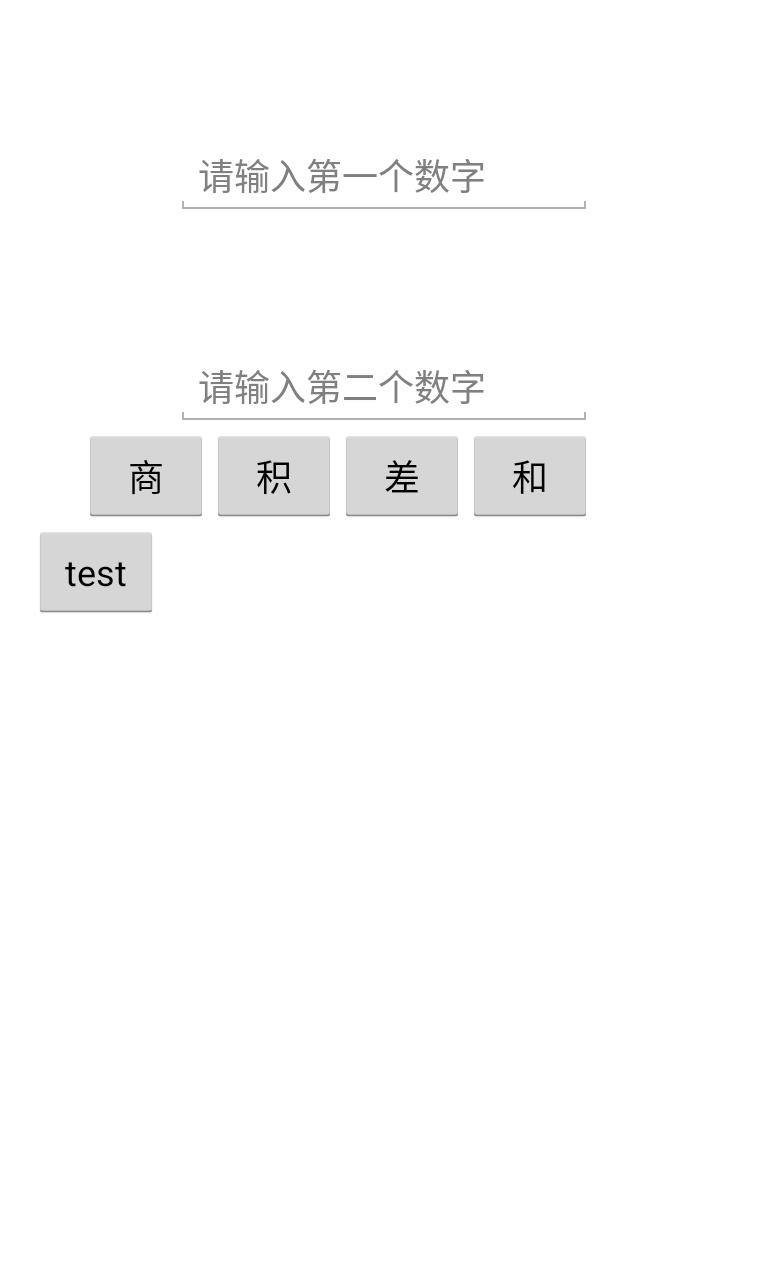
Repository: KungW/windows_learn_java_track
Layout: cac/res/layout/activity_main.xml
An editor plug-in stored every save of this project. The layout is shown before and after the next save, followed by the edit.
It is drawn on a 768 x 1280 px phone screen (xhdpi) without system bars, with theme AppTheme; the app's code is not run.

Above is the layout before, as saved 2016-10-20 15:47:13.

### cac/res/layout/activity_main.xml
<RelativeLayout xmlns:android="http://schemas.android.com/apk/res/android"
    xmlns:tools="http://schemas.android.com/tools"
    android:layout_width="match_parent"
    android:layout_height="wrap_content"
    android:paddingBottom="@dimen/activity_vertical_margin"
    android:paddingLeft="@dimen/activity_horizontal_margin"
    android:paddingRight="@dimen/activity_horizontal_margin"
    android:paddingTop="@dimen/activity_vertical_margin"
    tools:context=".MainActivity" >

    <EditText
        android:id="@+id/editText2"
        android:layout_width="wrap_content"
        android:layout_height="wrap_content"
        android:layout_alignLeft="@+id/editText1"
        android:layout_below="@+id/editText1"
        android:layout_marginTop="64dp"
        android:hint="请输入第二个数字"
        android:ems="10" />

    <Button
        android:id="@+id/button1"
        android:layout_width="wrap_content"
        android:layout_height="wrap_content"
        android:layout_below="@+id/editText2"
        android:layout_alignRight="@id/editText2"
        android:text="和" />
    <Button
        android:id="@+id/button2"
        android:layout_width="wrap_content"
        android:layout_height="wrap_content"
        android:layout_below="@+id/editText2"
        android:layout_toLeftOf="@id/button1"
        android:text="差" />
    <Button
        android:id="@+id/button3"
        android:layout_width="wrap_content"
        android:layout_height="wrap_content"
        android:layout_below="@+id/editText2"
        android:layout_toLeftOf="@id/button2"
        android:text="积" />
    <Button
        android:id="@+id/button4"
        android:layout_width="wrap_content"
        android:layout_height="wrap_content"
        android:layout_below="@+id/editText2"
        android:layout_toLeftOf="@id/button3"
        android:text="商" />

    <TextView
        android:id="@+id/textView1"
        android:layout_width="wrap_content"
        android:layout_height="wrap_content"
        android:layout_alignParentLeft="true"
        android:layout_alignParentRight="true"
        android:layout_below="@+id/button1"
        android:layout_marginTop="41dp"
        android:textAppearance="?android:attr/textAppearanceLarge" />

    <EditText
        android:id="@+id/editText1"
        android:layout_width="wrap_content"
        android:layout_height="wrap_content"
        android:layout_alignParentTop="true"
        android:layout_centerHorizontal="true"
        android:layout_marginTop="51dp"
        android:ems="10"
        android:hint="请输入第一个数字" >


    </EditText>
    <Button
	    android:id="@+id/testid"
        android:layout_width="wrap_content"
        android:layout_height="wrap_content"
        android:layout_below="@+id/button1"
        android:text="test"
        android:onClick="doclick"
	    />

</RelativeLayout>

Loaded but not shown: cac/res/values/styles.xml (common file); cac/res/values-v11/styles.xml (common file); cac/res/values-v14/styles.xml (common file); cac/res/values/dimens.xml (common file)

After the next save:
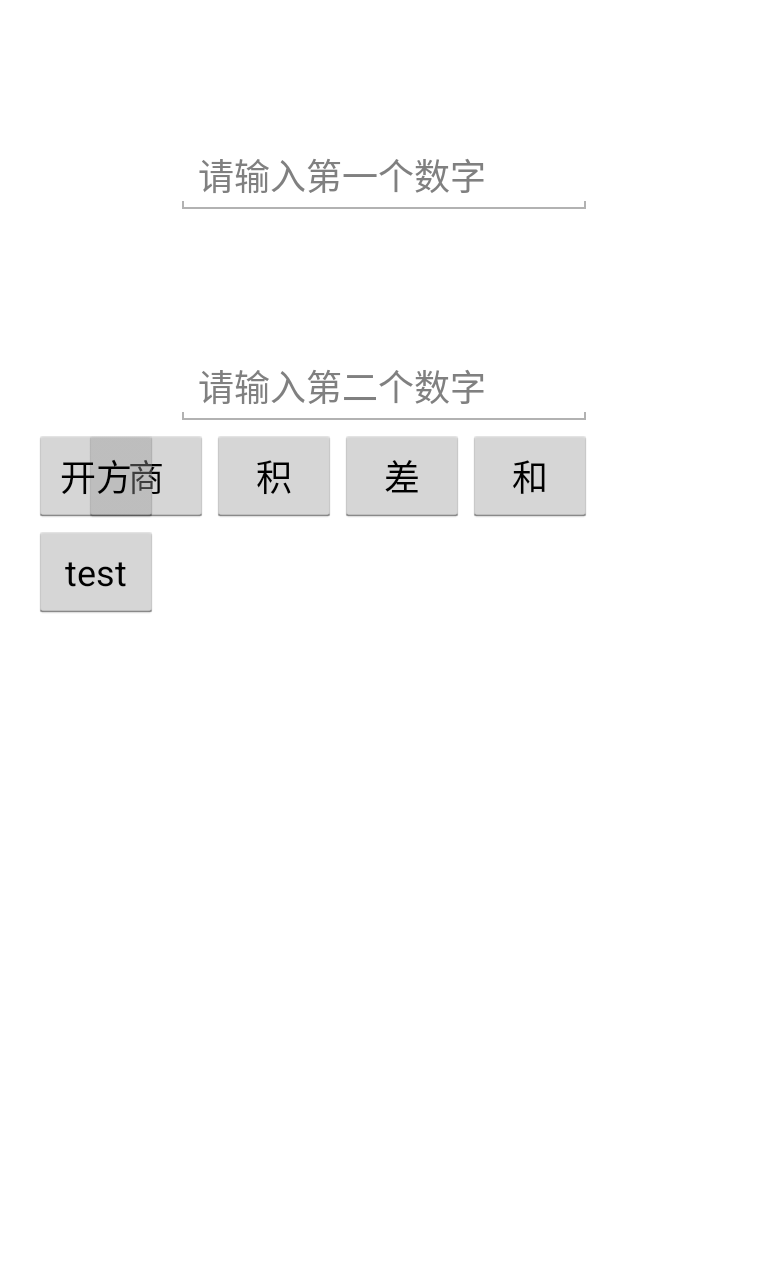
Saved 2 min 16 s later.
--- a/cac/res/layout/activity_main.xml
+++ b/cac/res/layout/activity_main.xml
@@ -46,7 +46,12 @@
         android:layout_below="@+id/editText2"
         android:layout_toLeftOf="@id/button3"
         android:text="商" />
-
+	<Button
+        android:id="@+id/button5"
+        android:layout_width="wrap_content"
+        android:layout_height="wrap_content"
+        android:layout_below="@+id/editText2"
+        android:text="开方" />
     <TextView
         android:id="@+id/textView1"
         android:layout_width="wrap_content"
